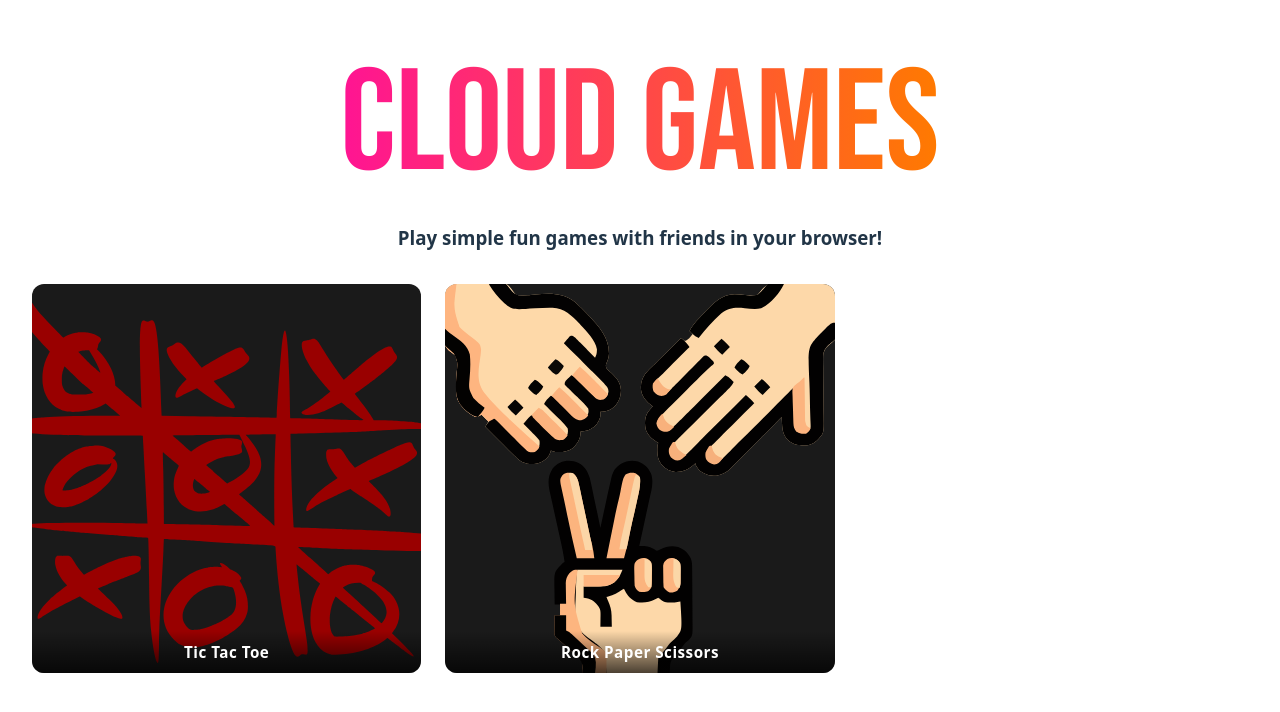
Repository: Sadotib/cloud-games
Page: / (app in client/)
An editor plug-in stored every save of this project. The page is shown before and after the next save, followed by the edit.
The browser window is 1280 px wide. The pictures show the whole page.
The project was rebuilt for these pictures with package versions that can differ from the ones it lists, and the page was loaded fresh each time. Also part of the build but not shown: client/vite.config.js.

Above is the page before, as saved 2025-12-21 22:06:44.
Console error: TypeError: Cannot read properties of null (reading 'addEventListener')

### client/index.html
<!doctype html>
<html lang="en">
  <head>
    <meta charset="UTF-8" />
    <meta name="viewport" content="width=device-width, initial-scale=1.0" />
     <!-- Webfonts and page styles: black background, gradient headings -->
    <!-- // <link href="https://fonts.googleapis.com/css2?family=Inter:wght@300;400;600;800&family=Lobster&display=swap" rel="stylesheet"> -->
    <link rel="preconnect" href="https://fonts.googleapis.com">
    <link rel="preconnect" href="https://fonts.gstatic.com" crossorigin>
    <link href="https://fonts.googleapis.com/css2?family=Bebas+Neue&display=swap" rel="stylesheet">
    <title>cloud game</title>
  </head>
  <body>
    <!-- <h1>Cloud Game</h1> -->
    <div id="app"></div>
    <script type="module" src="src/main.js"></script>
  </body>
</html>

### client/src/main.js
import './style.css'
import { startNewGame } from './api/newgame.js'
import { joinGame } from './api/joingame.js'


document.querySelector('#app').innerHTML = `
  <div>
    <h1 class="font-semibold text-center bebas-neue-regular gradient-text hero-title">Cloud Games</h1>
    <h3>Play simple fun games with friends in your browser!</h3>

    <div class="grid">
    <!-- Game Tile -->
      <div class="game-tile">
        <img src="/tictactoe.svg" alt="Tic Tac Toe" />
        <div class="game-label">Tic Tac Toe</div>
      </div>

      <div class="game-tile">
        <img src="/rps.svg" alt="Rock Paper Scissors" />
        <div class="game-label">Rock Paper Scissors</div>
      </div>
    </div>
  </div>
`

startNewGame()

joinGame()

### client/src/style.css
:root {
  font-family: system-ui, Avenir, Helvetica, Arial, sans-serif;
  line-height: 1.5;
  font-weight: 400;

  color-scheme: light dark;
  color: rgba(255, 255, 255, 0.87);
  background-color: #242424;

  font-synthesis: none;
  text-rendering: optimizeLegibility;
  -webkit-font-smoothing: antialiased;
  -moz-osx-font-smoothing: grayscale;
}

a {
  font-weight: 500;
  color: #646cff;
  text-decoration: inherit;
}

a:hover {
  color: #535bf2;
}

body {
  margin: 0;
  display: flex;
  place-items: center;
  min-width: 320px;
  min-height: 100vh;
}

/* Stylised heading with hot-pink to bright-orange gradient */
.bebas-neue-regular {
  font-family: "Bebas Neue", sans-serif;
  font-weight: 400;
  font-style: normal;
  font-size: 9rem;
}


.gradient-text {
  display: inline-block;
  background: linear-gradient(90deg, #ff1493 0%, #ff7a00 100%);
  /* hot pink -> bright orange */
  -webkit-background-clip: text;
  -webkit-text-fill-color: transparent;
  background-clip: text;
  color: transparent;
}

h1 {
  font-size: 3.2em;
  line-height: 1.1;
  margin: auto;
}

#app {
  max-width: 1280px;
  margin: 0 auto;
  padding: 2rem;
  text-align: center;
}

.logo {
  height: 6em;
  padding: 1.5em;
  will-change: filter;
  transition: filter 300ms;
}

.logo:hover {
  filter: drop-shadow(0 0 2em #646cffaa);
}

.logo.vanilla:hover {
  filter: drop-shadow(0 0 2em #f7df1eaa);
}

.card {
  padding: 2em;
}

.read-the-docs {
  color: #888;
}

button {
  border-radius: 8px;
  border: 1px solid transparent;
  padding: 0.6em 1.2em;
  font-size: 1em;
  font-weight: 500;
  font-family: inherit;
  background-color: #1a1a1a;
  cursor: pointer;
  transition: border-color 0.25s;
}

button:hover {
  border-color: #646cff;
}

button:focus,
button:focus-visible {
  outline: 4px auto -webkit-focus-ring-color;
}

@media (prefers-color-scheme: light) {
  :root {
    color: #213547;
    background-color: #ffffff;
  }

  a:hover {
    color: #747bff;
  }

  button {
    background-color: #f9f9f9;
  }
}

.grid {
  display: grid;
  grid-template-columns: repeat(3, 1fr);
  /* 3 columns */
  gap: 1.5rem;
  margin-top: 2rem;
}

/* Game tile */
.grid>div {
  aspect-ratio: 1 / 1;
  /* perfect square */
  background-color: #1a1a1a;
  border-radius: 12px;
  overflow: hidden;
  cursor: pointer;

  display: flex;
  align-items: center;
  justify-content: center;

  transition: transform 0.2s ease, box-shadow 0.2s ease;
}

.grid>div:hover {
  transform: translateY(-4px);
  box-shadow: 0 10px 25px rgba(0, 0, 0, 0.4);
}

/* Image inside tile */
.grid img {
  width: 100%;
  height: 100%;
  object-fit: cover;
}

.game-tile {
  position: relative;
  aspect-ratio: 1 / 1;
  background-color: #1a1a1a;
  border-radius: 12px;
  overflow: hidden;
  cursor: pointer;

  transition: transform 0.2s ease, box-shadow 0.2s ease;
}

.game-tile:hover {
  transform: translateY(-4px);
  box-shadow: 0 10px 25px rgba(0, 0, 0, 0.4);
}

.game-tile img {
  width: 100%;
  height: 100%;
  object-fit: cover;
}

/* Label overlay */
.game-label {
  position: absolute;
  bottom: 0;
  width: 100%;
  padding: 0.6rem 0;
  text-align: center;

  background: linear-gradient(to top,
      rgba(0, 0, 0, 0.7),
      rgba(0, 0, 0, 0));

  color: #fff;
  font-weight: 600;
  letter-spacing: 0.5px;
  font-size: 0.95rem;
}

### client/src/api/newgame.js
import { showGameScreen } from "../ui.js"
import { connectWebSocket } from "./websocket.js"


// let playerId = "bitopan"

export function addLog(msg) {
    const logBox = document.getElementById("log")
    logBox.textContent += msg + "\n"
    logBox.scrollTop = logBox.scrollHeight
}

export function startNewGame() {
    const startBtn = document.getElementById("startBtn")
    startBtn.addEventListener("click", async () => {
        console.log("Starting game...");
        addLog("Starting game...");

        try {
            const response = await fetch("http://localhost:8080/game/create/", {
                method: "GET",
                headers: {
                    "Content-Type": "application/json"
                }
            });

            const data = await response.json();
            const playerId = data.playerId;
            console.log("Game created:", data.gameId, "Player ID:", playerId);
            addLog("Game created with ID: " + data.gameId);

            const gameId = data.gameId;

            connectWebSocket("create", gameId, playerId);


            // alert(`Game created with ID: ${data.gameId}`);
        } catch (error) {
            console.error("Error creatin game:", error);
        }
    });

}

### client/src/api/joingame.js
import { connectWebSocket } from './websocket.js'
import { addLog } from './newgame.js'
import { showGameScreen } from '../ui.js';

export function joinGame(element) {

    const joinBtn = document.getElementById("joinBtn")



    joinBtn.addEventListener("click", async () => {
        const gameId = document.getElementById("gameIdInput").value

        console.log("Game ID to join:", gameId);

        if (!gameId) {
            alert("No Game ID provided")
            return
        }

        try {
            const response = await fetch(`http://localhost:8080/game/join/${gameId}`, {
                method: "GET",
                headers: {
                    "Content-Type": "application/json"
                }
            });

            const data = await response.json();
            const playerId = data.playerId;
            console.log("Game created:", gameId, "Player ID:", playerId);
            addLog("Game joinded with ID: " + gameId);



            // connectWebSocket("create", gameId, playerId);

            console.log("Joining game...");

            try {
                connectWebSocket("join", gameId, playerId);

                // alert(`Game created with ID: ${data.gameId}`);
            } catch (error) {
                console.error("Error joining game:", error);
            }


            // alert(`Game created with ID: ${data.gameId}`);
        } catch (error) {
            console.error("Error connecting to game:", error);
        }



    });

}

### client/src/ui.js
import { quitGame } from './api/quitgame.js'
import { startNewGame } from './api/newgame.js'
import { joinGame } from './api/joingame.js'

export function showGameScreen(gameId, playerId) {
    document.querySelector('#app').innerHTML = `
        <div>
            <h2>Game ID: ${gameId}</h2>
            <h3>Player ID: ${playerId}</h3>
            <button id="quitBtn">Quit Game</button>
            <div id="roomStatus" style="white-space: pre-wrap; border: 1px solid #ccc; height: 300px; overflow-y: scroll; margin-top: 10px;"></div>
        </div>
    `;
    quitGame(playerId);
}

export function showHomeScreen() {
    document.querySelector('#app').innerHTML = `
      <div>
          <button id="startBtn">Start Game</button>


          <pre id="log" style="
            margin-top:20px;
            border:1px solid #ccc;
            padding:10px;
            height:200px;
            overflow-y:auto;
            background:#f7f7f7;
            color: grey;
            text-align: left;
          ">
          </pre>

          <div style="margin-top:20px;">
            <input id="gameIdInput" placeholder="Enter Game ID" />
            <button id="joinBtn">JOIN</button>
          </div>

        </div>
      `

    startNewGame()

    joinGame()
}

export function updateRoomStatusUI({ playerCount, players }) {
    const statusBox = document.getElementById("roomStatus");

    statusBox.innerHTML = `
        <p><strong>Players in Room:</strong> ${playerCount}</p>
        <ul>${players.map(p => `<li>${p}</li>`).join("")}</ul>
    `;
}

### client/src/api/websocket.js
import { addLog } from "./newgame.js"
import { showGameScreen } from "../ui.js"
import { updateRoomStatusUI } from "../ui.js"


let socket = null;

export function connectWebSocket(action, gameId, playerId) {

    const wsUrl = `ws://localhost:8080/ws/${action}/${gameId}/${playerId}`
    addLog("Connecting WebSocket → " + wsUrl)

    socket = new WebSocket(wsUrl)

    socket.onopen = () => {

        addLog("WebSocket CONNECTED")

        showGameScreen(gameId, playerId);   // ⬅ open game screen here!
    }
    socket.onclose = () => addLog("WebSocket DISCONNECTED")
    socket.onerror = (err) => addLog("WebSocket ERROR: " + err)
    socket.onmessage = (event) => {

        console.log("WebSocket message event:", event);
        console.log("WebSocket message data (raw):", event.data);
        const data = JSON.parse(event.data);
        console.log("WebSocket message data:", data);

        if (data.type === "room_status") {
            updateRoomStatusUI(data);
            return;
        }
        addLog("Received → " + event.data)
    }
    // // STEP 3: Send a WebSocket message
    // sendBtn.addEventListener("click", () => {
    //     if (!socket || socket.readyState !== WebSocket.OPEN) {
    //         addLog("Cannot send message: WebSocket not open")
    //         return
    //     }

    //     const text = document.getElementById("msgInput").value
    //     const msg = JSON.stringify({
    //         type: "chat",
    //         from: playerId,
    //         text: text
    //     })

    //     socket.send(msg)
    //     addLog("Sent → " + text)
    // })
}

export function disconnectWebSocket(playerId) {
    if (!socket) {
        console.log("No active WebSocket to disconnect");
        addLog("No active WebSocket to disconnect");
        return;
    }

    if (socket.readyState === WebSocket.OPEN) {
        socket.close(1000, `${playerId} closed connection`);
        console.log(`WebSocket CLOSED by ${playerId}`);
    } else {
        console.log("WebSocket was not open");
        addLog("WebSocket was not open");
    }

    socket = null; // optional: cleanup
}

### client/src/api/quitgame.js
import { connectWebSocket, disconnectWebSocket } from './websocket.js'
import { addLog } from './newgame.js'
import { showHomeScreen } from '../ui.js';

export function quitGame(playerId) {

    const quitBtn = document.getElementById("quitBtn")

    quitBtn.addEventListener("click", async () => {
        console.log("Quitting game...");

        try {
            disconnectWebSocket(playerId);
            showHomeScreen();
            // alert(`Game created with ID: ${data.gameId}`);
        } catch (error) {
            console.error("Error quitting game:", error);
        }
    });

}

After the next save:
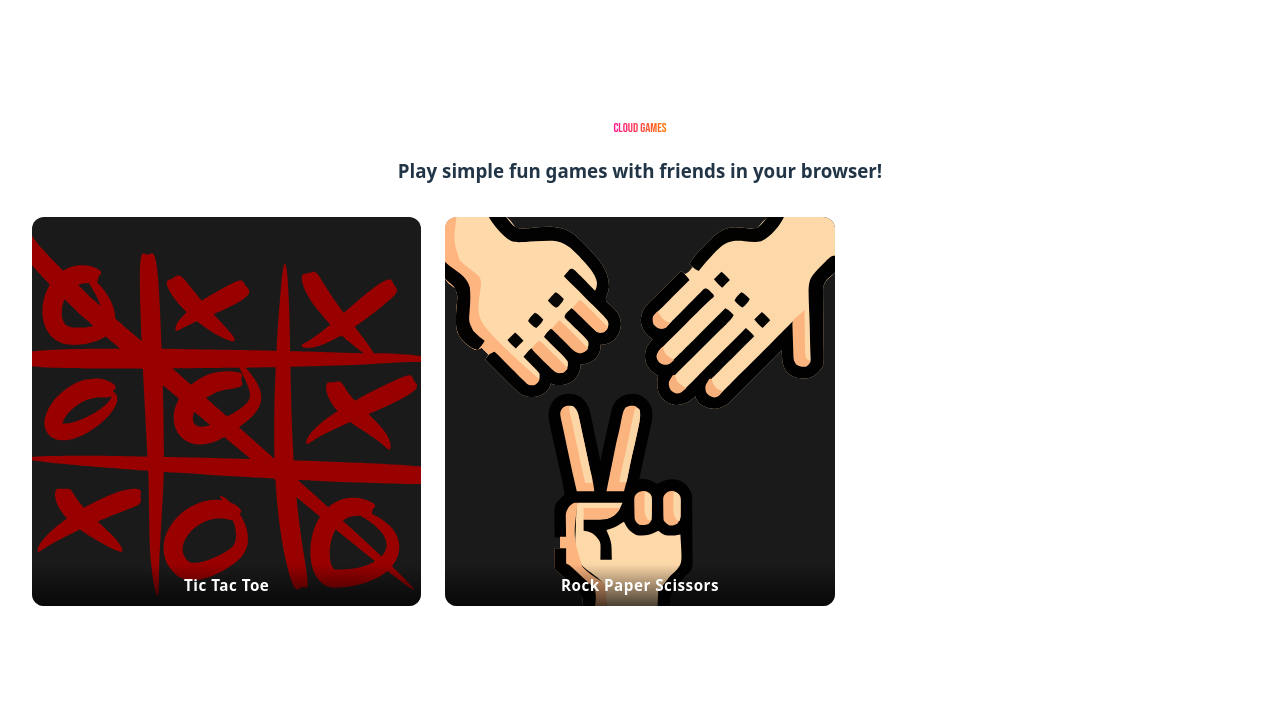
Saved 19 s later.
--- a/client/src/style.css
+++ b/client/src/style.css
@@ -36,7 +36,7 @@
   font-family: "Bebas Neue", sans-serif;
   font-weight: 400;
   font-style: normal;
-  font-size: 9rem;
+  font-size: 80%;
 }
 
 
